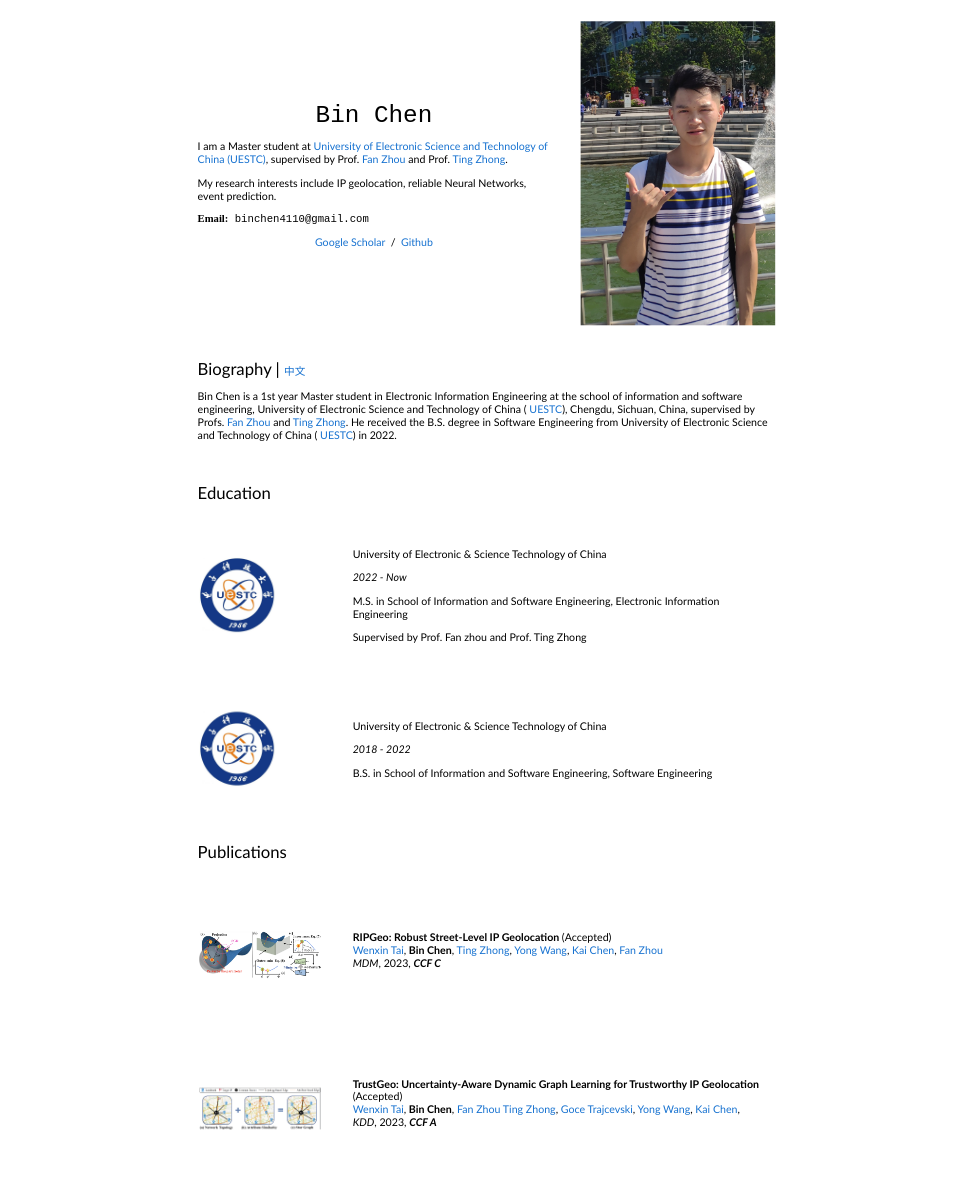
Repository: b1nchen/b1nchen.github.io
Page: index.html
An editor plug-in stored every save of this project. The page is shown before and after a run of saves, followed by the edit.
The browser window is 1280 px wide. The pictures show the part of the page from y = 0 to 1571 px (the page is 1939 px tall), at 76% of full size.
A picture or video elsewhere on the page could not be fetched, so the positions and the page height are approximate.

Above is the page before, as saved 2023-07-06 11:13:31.

### index.html
<!DOCTYPE HTML>
<html lang="en">

<head>
  <meta http-equiv="Content-Type" content="text/html; charset=UTF-8">

  <title>Bin Chen</title>

  <meta name="author" content="Bin Chen">
  <meta name="viewport" content="width=device-width, initial-scale=1">

  <link rel="stylesheet" type="text/css" href="stylesheet.css">
  <link rel="icon" href="images/uestc_icon.jpeg">
</head>

<body>

  <table
    style="width:100%;max-width:800px;border:0px;border-spacing:0px;border-collapse:separate;margin-right:auto;margin-left:auto;">
    <tbody>
      <tr style="padding:0px">
        <td style="padding:0px">
          <table
            style="width:100%;border:0px;border-spacing:0px;border-collapse:separate;margin-right:auto;margin-left:auto;">
            <tbody>
              <tr style="padding:0px">
                <td style="padding:2.5%;width:63%;vertical-align:middle">
                  <p style="text-align:center">
                    <name>Bin Chen</name>
                  </p>
                  <p>I am a Master student at <a href="https://en.uestc.edu.cn/">University of Electronic Science and
                      Technology of China (UESTC)</a>, supervised by Prof. <a
                      href="https://scholar.google.com/citations?user=Ihj2Rw8AAAAJ">Fan Zhou</a> and Prof. <a
                      href="https://scholar.google.com/citations?user=Mdr0XDkAAAAJ">Ting Zhong</a>.
                      <!-- <a href="xovee.cn">Xovee</a> also helps me a lot, as sa  -->
                  </p>
                  <p>
                    My research interests include IP geolocation, reliable Neural Networks, event prediction.
                  </p>
                  <p style="font-family: 'Courier New', Courier, monospace;">
                    <!-- <b style="font-family: 'Times New Roman', Times, serif;">Email:</b> <em>firstname</em>.<em>lastname</em>@ieee.org
                    <br>
                    &nbsp &nbsp &nbsp
                    <em>firstname</em>.<em>lastname</em>417@outlook.com <br> -->
                    <b style="font-family: 'Times New Roman', Times, serif;">
                      Email:</b> binchen4110@gmail.com
                     <br>

                  </p>
                  <p style="text-align:center">

                    <a >Google Scholar</a>
                    &nbsp/&nbsp
                    <a href="https://github.com/binchen4110/">Github</a>
                  </p>

                </td>
                <td style="padding:2.5%;width:40%;max-width:40%">
                  <a href="images/profile.jpg"><img style="width:100%;max-width:100%" alt="profile photo"
                      src="images/profile.jpg" class="hoverZoomLink"></a>
                </td>
              </tr>
            </tbody>
          </table>

          <table
            style="width:100%;border:0px;border-spacing:0px;border-collapse:separate;margin-right:auto;margin-left:auto;">
            <tbody>
              <tr>
                <td style="padding:20px;width:100%;vertical-align:middle">
                  <heading>Biography |
                    <a href="index_CHN.html">中文</a>
                  </heading>
                  <p>
                    Bin Chen is a 1st year Master student in Electronic Information Engineering at the school of information and
                    software engineering, University of Electronic Science and Technology of China (<a
                      href="https://en.uestc.edu.cn/"> UESTC</a>), Chengdu, Sichuan, China, supervised by Profs. <a
                      href="https://scholar.google.com/citations?user=Ihj2Rw8AAAAJ">Fan Zhou</a> and <a
                      href="https://scholar.google.com/citations?user=Mdr0XDkAAAAJ">Ting Zhong</a>. He received the B.S.
                    degree in Software Engineering from University of Electronic Science and Technology of China (<a
                      href="https://www.uestc.edu.cn/"> UESTC</a>) in 2022.
                  </p>
                  <!-- <p>
                    He is a (student) member of the IEEE.
                  </p> -->
                </td>
              </tr>
            </tbody>
          </table>

          <table
            style="width:100%;border:0px;border-spacing:0px;border-collapse:separate;margin-right:auto;margin-left:auto;">
            <tbody>
              <tr>
                <td style="padding:20px;width:100%;vertical-align:middle">
                  <heading>Education</heading>
                </td>
              </tr>
            </tbody>
          </table>
          <table width="100%" align="center" border="0" cellpadding="20">
            <tbody>

              <tr>
                <td style="padding:20px;width:25%;vertical-align:middle">
                  <div class="flexbox">
                    <img src='images/uestc_icon.jpeg' width="100px">
                  </div>
                </td>
                <td style="padding:20px;width:75%;vertical-align:middle">
                  <p>University of Electronic & Science Technology of China</p>
                  <em>2022 - Now</em>
                  <p>M.S. in School of Information and Software Engineering, Electronic Information Engineering</p>
                  <p>Supervised by Prof. Fan zhou and Prof. Ting Zhong</p>

                </td>
              </tr>


              <tr>
                <td style="padding:20px;width:25%;vertical-align:middle">
                  <div class="flexbox">
                    <img src='images/uestc_icon.jpeg' width="100px">
                  </div>
                </td>
                <td style="padding:20px;width:75%;vertical-align:middle">
                  <p>University of Electronic & Science Technology of China</p>
                  <em> 2018 -  2022 </em>
                  <p> B.S. in School of Information and Software Engineering, Software Engineering</p>
                </td>
              </tr>


            </tbody>
          </table>


          <table width="100%" align="center" border="0" cellspacing="0" cellpadding="20">
            <tbody>
              <tr>
                <td>
                  <heading>Publications</heading>
                </td>
              </tr>
            </tbody>
          </table>
          <table width="100%" align="center" border="0" cellpadding="20">
            <tbody>

            <!-- MDM 2023 -->
              <tr onmouseout="ripgeo_data()" onmouseover="ripgeo_para()">
                <td style="padding:20px;width:25%;vertical-align:middle">
                  <div class="one">
                    <div class="two" id='data'>
                      <img src='images/ripgeo_perturb_data.png' width="160">


                    </div>
                    <img src="images/ripgeo_perturb_para.png" width="160">
                  </div>
                  <script type="text/javascript">
                    function ripgeo_data() {
                      document.getElementById('data').style.opacity = "0";
                    }

                    function ripgeo_para() {
                      document.getElementById('data').style.opacity = "1";
                    }
                    ripgeo_data()
                  </script>
                </td>
                <td style="padding:20px;width:75%;vertical-align:middle">

                  <papertitle>RIPGeo: Robust Street-Level IP Geolocation </papertitle>(Accepted)

                  <br>
                  <a href="https://scholar.google.com/citations?user=YyxocAIAAAAJ">Wenxin Tai</a>,
                  <strong>Bin Chen</strong>,
                  <a href="https://scholar.google.com/citations?user=Mdr0XDkAAAAJ">Ting Zhong</a>,
                  <a>Yong Wang</a>,
                  <a href="https://scholar.google.com/citations?user=tnRV5QYAAAAJ">Kai Chen</a>,
                  <a href="https://scholar.google.com/citations?user=Ihj2Rw8AAAAJ">Fan Zhou</a>

                  <br>
                  <em>MDM</em>, 2023, <em><strong>CCF C</strong></em>
                  <br>

                  <!-- <a href="https://ieeexplore.ieee.org/document/9747900">链接</a>,
                  <a href="https://youtu.be/uT1pEfHbo14">视频</a>,
                  <a href="papers/ICASSP_5513_poster.pdf">海报</a>,
                  <a href="papers/ICASSP_slides.pptx">幻灯片</a>,
                  <a href="papers/ICASSP_2022_FUFI.pdf">下载</a>
                  <p></p>
                  <p>We incorporate evidential learning into IP geolocation to improve the stability of the system.. -->
                  </p>
                </td>
              </tr>


              <!-- KDD 2023 -->
              <tr onmouseout="FUFI_intro()" onmouseover="FUFI_end()">
                <td style="padding:20px;width:25%;vertical-align:middle">
                  <div class="one">
                    <div class="two" id='method'>
                      <img src='images/trustgeo_method.png' width="160">


                    </div>
                    <img src="images/trustgeo_model.png" width="160">
                  </div>
                  <script type="text/javascript">
                    function FUFI_intro() {
                      document.getElementById('method').style.opacity = "0";
                    }

                    function FUFI_end() {
                      document.getElementById('method').style.opacity = "1";
                    }
                    FUFI_intro()
                  </script>
                </td>
                <td style="padding:20px;width:75%;vertical-align:middle">

                  <papertitle>TrustGeo: Uncertainty-Aware Dynamic Graph Learning for Trustworthy IP Geolocation </papertitle>(Accepted)

                  <br>
                  <a href="https://scholar.google.com/citations?user=YyxocAIAAAAJ">Wenxin Tai</a>,
                  <strong>Bin Chen</strong>,
                  <a href="https://scholar.google.com/citations?user=Ihj2Rw8AAAAJ">Fan Zhou</a>
                  <a href="https://scholar.google.com/citations?user=Mdr0XDkAAAAJ">Ting Zhong</a>,
                  <a href="https://scholar.google.com/citations?user=Avus2kcAAAAJ">Goce Trajcevski</a>,
                  <a>Yong Wang</a>,
                  <a href="https://scholar.google.com/citations?user=tnRV5QYAAAAJ">Kai Chen</a>,

                  <br>
                  <em>KDD</em>, 2023, <em><strong>CCF A</strong></em>
                  <br>
                  <!-- <a href="https://ieeexplore.ieee.org/document/9747900">链接</a>,
                  <a href="https://youtu.be/uT1pEfHbo14">视频</a>,
                  <a href="papers/ICASSP_5513_poster.pdf">海报</a>,
                  <a href="papers/ICASSP_slides.pptx">幻灯片</a>,
                  <a href="papers/ICASSP_2022_FUFI.pdf">下载</a>
                  <p></p>
                  <p>We incorporate evidential learning into IP geolocation to improve the stability of the system.. -->
                  </p>
                </td>
              </tr>


            </tbody>
          </table>
        </td>
      </tr>

    </table>

  <center>


  <p>
    <font size="2">
      <font size="2">
        <font size="2">&nbsp;<br>
          &nbsp; <a href="https://www.easycounter.com/">
            <img src="https://www.easycounter.com/counter.php?hyson"
            border="0" alt="Web Site Hit Counter"></a> <i>
            <font face="Arial" size="2">unique visitors since Feburary 2023</font>
          </i></font>
      </font>
    </font>
  </p>



  <p style="color: #AAAAAA;">© 2023 Bin Chen | Powered by <a href="https://pattonyu.github.io/">Haoyang Yu</a> and <a href="https://jonbarron.info/">Jon Barron </a> | updating time
    2023-02-28
        <!-- Friendly Link: <a href="https://xovee.cn">Xovee Xu</a> -->
    </p>
  </center>
</body>

</html>

### stylesheet.css
/* latin-ext */
@font-face {
  font-family: 'Lato';
  font-style: italic;
  font-weight: 400;
  src: local('Lato Italic'), local('Lato-Italic'), url(https://fonts.gstatic.com/s/lato/v15/S6u8w4BMUTPHjxsAUi-qNiXg7eU0.woff2) format('woff2');
  unicode-range: U+0100-024F, U+0259, U+1E00-1EFF, U+2020, U+20A0-20AB, U+20AD-20CF, U+2113, U+2C60-2C7F, U+A720-A7FF;
}
/* latin */
@font-face {
  font-family: 'Lato';
  font-style: italic;
  font-weight: 400;
  src: local('Lato Italic'), local('Lato-Italic'), url(https://fonts.gstatic.com/s/lato/v15/S6u8w4BMUTPHjxsAXC-qNiXg7Q.woff2) format('woff2');
  unicode-range: U+0000-00FF, U+0131, U+0152-0153, U+02BB-02BC, U+02C6, U+02DA, U+02DC, U+2000-206F, U+2074, U+20AC, U+2122, U+2191, U+2193, U+2212, U+2215, U+FEFF, U+FFFD;
}
/* latin-ext */
@font-face {
  font-family: 'Lato';
  font-style: italic;
  font-weight: 700;
  src: local('Lato Bold Italic'), local('Lato-BoldItalic'), url(https://fonts.gstatic.com/s/lato/v15/S6u_w4BMUTPHjxsI5wq_FQftx9897sxZ.woff2) format('woff2');
  unicode-range: U+0100-024F, U+0259, U+1E00-1EFF, U+2020, U+20A0-20AB, U+20AD-20CF, U+2113, U+2C60-2C7F, U+A720-A7FF;
}
/* latin */
@font-face {
  font-family: 'Lato';
  font-style: italic;
  font-weight: 700;
  src: local('Lato Bold Italic'), local('Lato-BoldItalic'), url(https://fonts.gstatic.com/s/lato/v15/S6u_w4BMUTPHjxsI5wq_Gwftx9897g.woff2) format('woff2');
  unicode-range: U+0000-00FF, U+0131, U+0152-0153, U+02BB-02BC, U+02C6, U+02DA, U+02DC, U+2000-206F, U+2074, U+20AC, U+2122, U+2191, U+2193, U+2212, U+2215, U+FEFF, U+FFFD;
}
/* latin-ext */
@font-face {
  font-family: 'Lato';
  font-style: normal;
  font-weight: 400;
  src: local('Lato Regular'), local('Lato-Regular'), url(https://fonts.gstatic.com/s/lato/v15/S6uyw4BMUTPHjxAwXiWtFCfQ7A.woff2) format('woff2');
  unicode-range: U+0100-024F, U+0259, U+1E00-1EFF, U+2020, U+20A0-20AB, U+20AD-20CF, U+2113, U+2C60-2C7F, U+A720-A7FF;
}
/* latin */
@font-face {
  font-family: 'Lato';
  font-style: normal;
  font-weight: 400;
  src: local('Lato Regular'), local('Lato-Regular'), url(https://fonts.gstatic.com/s/lato/v15/S6uyw4BMUTPHjx4wXiWtFCc.woff2) format('woff2');
  unicode-range: U+0000-00FF, U+0131, U+0152-0153, U+02BB-02BC, U+02C6, U+02DA, U+02DC, U+2000-206F, U+2074, U+20AC, U+2122, U+2191, U+2193, U+2212, U+2215, U+FEFF, U+FFFD;
}
/* latin-ext */
@font-face {
  font-family: 'Lato';
  font-style: normal;
  font-weight: 700;
  src: local('Lato Bold'), local('Lato-Bold'), url(https://fonts.gstatic.com/s/lato/v15/S6u9w4BMUTPHh6UVSwaPGQ3q5d0N7w.woff2) format('woff2');
  unicode-range: U+0100-024F, U+0259, U+1E00-1EFF, U+2020, U+20A0-20AB, U+20AD-20CF, U+2113, U+2C60-2C7F, U+A720-A7FF;
}
/* latin */
@font-face {
  font-family: 'Lato';
  font-style: normal;
  font-weight: 700;
  src: local('Lato Bold'), local('Lato-Bold'), url(https://fonts.gstatic.com/s/lato/v15/S6u9w4BMUTPHh6UVSwiPGQ3q5d0.woff2) format('woff2');
  unicode-range: U+0000-00FF, U+0131, U+0152-0153, U+02BB-02BC, U+02C6, U+02DA, U+02DC, U+2000-206F, U+2074, U+20AC, U+2122, U+2191, U+2193, U+2212, U+2215, U+FEFF, U+FFFD;
}

a {
  color: #1772d0;
  text-decoration: none;
}

a:focus,
a:hover {
  color: #f09228;
  text-decoration: none;
}

body,
td,
th,
tr,
p,
a {
  font-family: 'Lato', Verdana, Helvetica, sans-serif;
  font-size: 14px
}

strong {
  font-family: 'Lato', Verdana, Helvetica, sans-serif;
  font-size: 14px;
}

heading {
  font-family: 'Lato', Verdana, Helvetica, sans-serif;
  font-size: 22px;
}

papertitle {
  font-family: 'Lato', Verdana, Helvetica, sans-serif;
  font-size: 14px;
  font-weight: 700
}

name {
  font-family: 'Courier New', Courier, monospace;
  font-size: 32px;
}


.flexbox{
  width: 160px;
  height: 160px;
  display: flex;
  align-items: center;
  justify-items: center;
  /* text-align: center; */
}

.flexbox img{
  justify-items: center;
  align-items: center;
  /* text-align: center; */
}


.one {
  width: 160px;
  height: 160px;
  display: flex;
  position: relative;
  align-items: center;
}

.one img{
  width: 160px;
  align-items: center;
}

.two {
  width: 160px;
  height: 160px;
  display: flex;
  position: absolute;
  transition: opacity .2s ease-in-out;
  -moz-transition: opacity .2s ease-in-out;
  -webkit-transition: opacity .2s ease-in-out;
  align-items: center;
}

.two img{
  width: 160px;
  align-items: center;
}

.fade {
  transition: opacity .2s ease-in-out;
  -moz-transition: opacity .2s ease-in-out;
  -webkit-transition: opacity .2s ease-in-out;
}

span.highlight {
  background-color: #ffffd0;
}

After the next 2 saves:
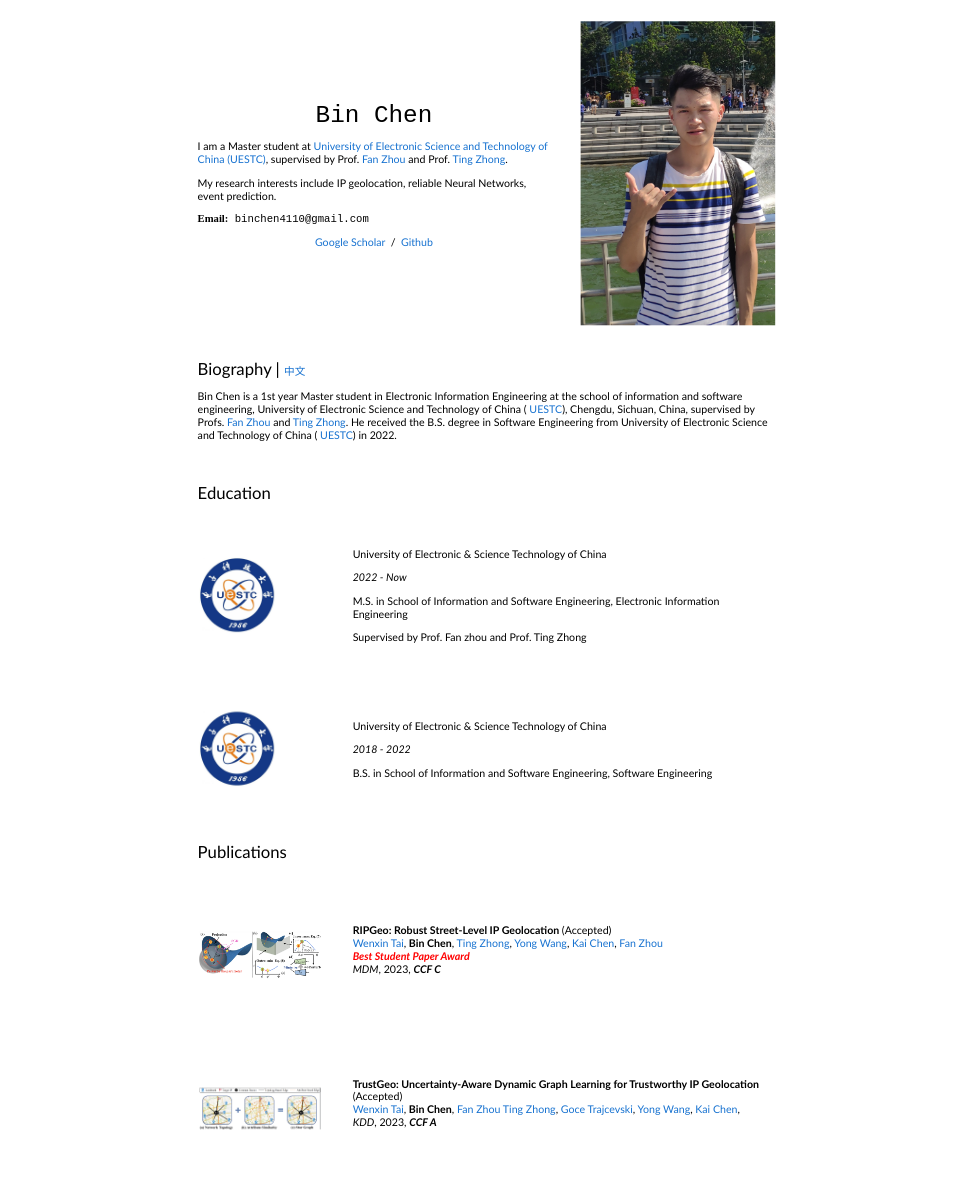
The 2 saves are shown as one change because they came seconds apart.
The last was saved 6 s later.
--- a/index.html
+++ b/index.html
@@ -182,6 +182,8 @@
                   <a href="https://scholar.google.com/citations?user=Ihj2Rw8AAAAJ">Fan Zhou</a>
 
                   <br>
+                  <em><b style="color:red">Best Student Paper Award</b></em>
+                  <br>
                   <em>MDM</em>, 2023, <em><strong>CCF C</strong></em>
                   <br>
 
